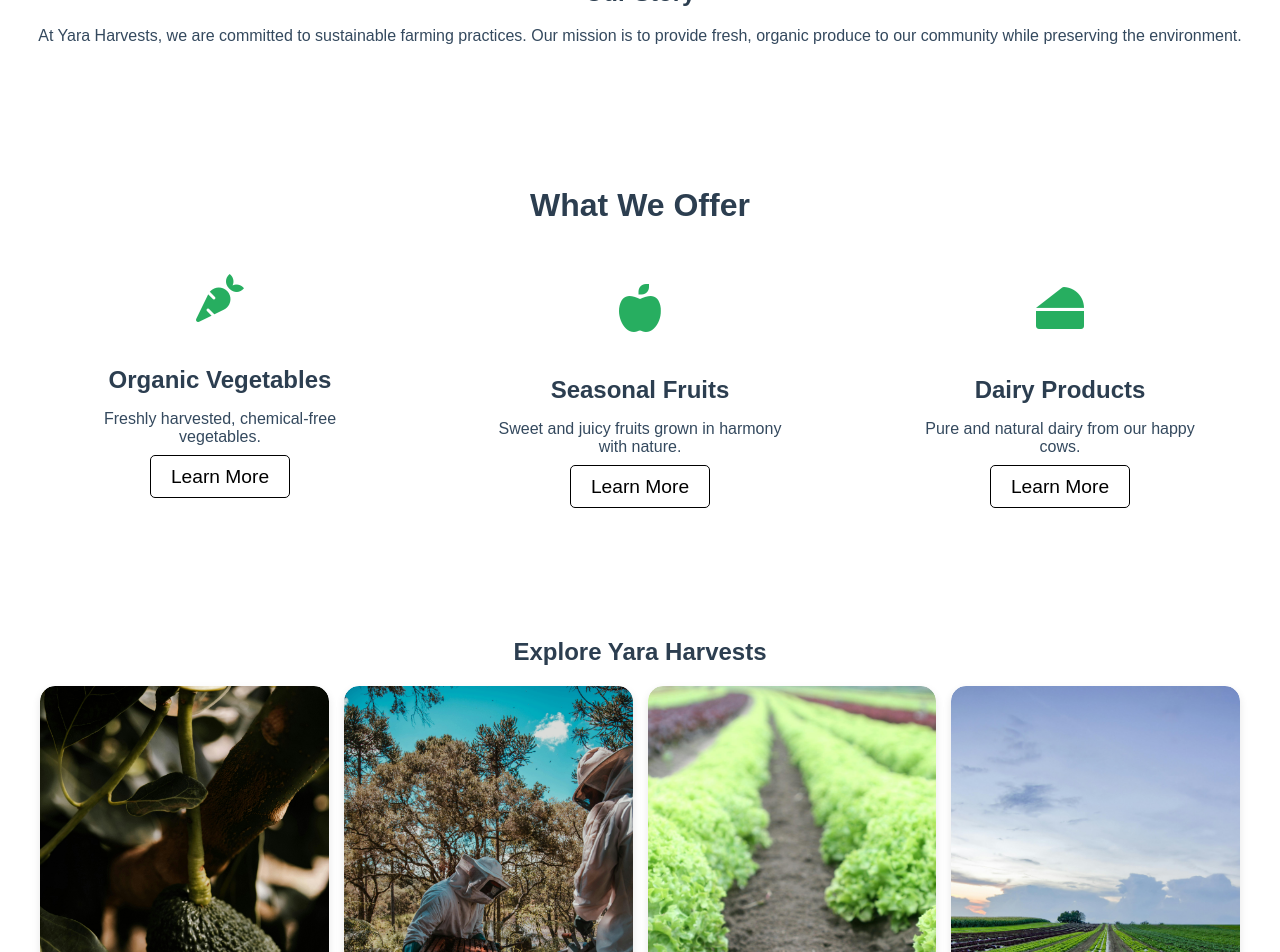
Repository: Kanyi-Manyara/yara-farm
Page: index.html
These files come from the project's save history. The page is drawn as it stood at one moment and after the next save; the edit follows.
The browser window is 1280 px wide. The pictures show the part of the page from y = 811 to 1763 px (the page is 3682 px tall).
The pointer rests on the first visible `.learn-more`.

Above is the page before, as saved 2025-02-22 13:55:44.
Console error: TypeError: Cannot read properties of null (reading 'addEventListener')

### index.html
<!DOCTYPE html>
<html lang="en">
<head>
  <meta charset="UTF-8">
  <meta name="viewport" content="width=device-width, initial-scale=1.0">
  <title>Yara Harvests</title>
  <link rel="stylesheet" href="style.css">
  <link rel="stylesheet" href="https://cdnjs.cloudflare.com/ajax/libs/font-awesome/6.0.0/css/all.min.css">

  <link rel="stylesheet" href="https://cdnjs.cloudflare.com/ajax/libs/font-awesome/6.0.0/css/all.min.css">

</head>
<body>

     <!-- Logo -->
  <header>
    <a href="#" class="logo">
      <img src="assets/farmlogobg2.png" alt="Yara Harvests Logo">
    </a>
  </header>
  <!-- Splash Screen -->
  <div id="splash-screen">
    <div class="splash-content">
        <img src="assets/Farm Logo.png" alt="Logo">
      <!-- <h1>Yara Harvests</h1>
      <p>Where Nature Meets Nourishment</p> -->
    </div>
  </div>

  <!-- Hero Section -->
<section id="hero">
    <div class="video-container">
      <video autoplay muted loop id="hero-video">
        <source src="assets/land.mp4" type="video/mp4">
        Your browser does not support the video tag.
      </video>
    </div>
    <div class="hero-content">
      <h1>Fresh, Organic Produce Straight from Our Farm to Your Table</h1>
      <a href="#products" class="cta-button">Explore Our Harvest</a>
    </div>
  </section>
  <!-- Hero Section
<section id="hero">
    <div class="video-container">
      <video autoplay muted loop id="hero-video">
        <source src="assets/land.mp4" type="video/mp4">
        Your browser does not support the video tag.
      </video>
    </div>
    <div class="hero-content">
      <h1>Fresh, Organic Produce Straight from <br>Our Farm to Your Table</h1>
      <a href="#products" class="cta-button">Explore Our Harvest</a>
    </div>
  </section> -->

  <!-- About Section -->
  <section id="about">
    <div class="about-content">
      <h2>Our Story</h2>
      <p>At Yara Harvests, we are committed to sustainable farming practices. Our mission is to provide fresh, organic produce to our community while preserving the environment.</p>
      <!-- <img src="assets/images/avocado.jpg" alt="Yara Harvests Farm"> -->
    </div>
  </section>

<!-- Products Section -->
<section id="products">
    <h2>What We Offer</h2>
    <div class="product-grid">
      <div class="product-card">
        <i class="fas fa-carrot"></i>
        <h3>Organic Vegetables</h3>
        <p>Freshly harvested, chemical-free vegetables.</p>
        <a href="products/vegetables.html" class="learn-more">Learn More</a>
      </div>
      <div class="product-card">
        <i class="fas fa-apple-alt"></i>
        <h3>Seasonal Fruits</h3>
        <p>Sweet and juicy fruits grown in harmony with nature.</p>
        <a href="products/fruits.html" class="learn-more">Learn More</a>
      </div>
      <div class="product-card">
        <i class="fas fa-cheese"></i>
        <h3>Dairy Products</h3>
        <p>Pure and natural dairy from our happy cows.</p>
        <a href="products/dairy.html" class="learn-more">Learn More</a>
      </div>
    </div>
  </section>

<!-- gallery -->
  <section id="gallery">
    <h2>Explore Yara Harvests</h2>
    <div class="gallery-grid">
      <div class="gallery-item">
        <img src="assets/avocado.jpg" alt="Farm Field">
      </div>
      <div class="gallery-item">
        <img src="assets/bees.jpg" alt="Harvesting">
      </div>
      <div class="gallery-item">
        <img src="assets/lettuce.jpg" alt="Fresh Produce">
      </div>
      <div class="gallery-item">
        <img src="assets/seedbed.jpg" alt="Farm Animals">
      </div>
      <div class="gallery-item">
        <img src="assets/bees.jpg" alt="Farm Sunset">
      </div>
      <div class="gallery-item">
        <img src="assets/lettuce.jpg" alt="Farm Market">
      </div>
      <div class="gallery-item">
        <img src="assets/avocado.jpg" alt="Farm Field">
      </div>


    </div>
  </section>

<!-- Testimonials Section -->
<section id="testimonials">
    <h2>What Our Customers Say</h2>
    <div class="carousel-container">
      <div class="carousel-track">
        <div class="testimonial-card">
          <div class="testimonial-content">
            <p>"The best organic produce I've ever tasted! Highly recommend Yara Harvests."</p>
            <div class="testimonial-author">
              <img src="assets/bees.jpg" alt="Customer 1">
              <div class="author-details">
                <h4>Jane Doe</h4>
                <p>Regular Customer</p>
              </div>
            </div>
          </div>
        </div>
        <div class="testimonial-card">
          <div class="testimonial-content">
            <p>"Fresh, delicious, and sustainably grown. Love supporting this farm!"</p>
            <div class="testimonial-author">
              <img src="assets/seedbed.jpg" alt="Customer 2">
              <div class="author-details">
                <h4>John Smith</h4>
                <p>Local Chef</p>
              </div>
            </div>
          </div>
        </div>
        <div class="testimonial-card">
          <div class="testimonial-content">
            <p>"Yara Harvests has transformed the way I eat. Everything is so fresh and flavorful!"</p>
            <div class="testimonial-author">
              <img src="assets/seedbed.jpg" alt="Customer 3">
              <div class="author-details">
                <h4>Emily Johnson</h4>
                <p>Food Blogger</p>
              </div>
            </div>
          </div>
        </div>
        <div class="testimonial-card">
          <div class="testimonial-content">
            <p>"The quality of produce from Yara Harvests is unmatched. Truly exceptional!"</p>
            <div class="testimonial-author">
              <img src="assets/lettuce.jpg" alt="Customer 4">
              <div class="author-details">
                <h4>Michael Brown</h4>
                <p>Health Enthusiast</p>
              </div>
            </div>
          </div>
        </div>
        <!-- Duplicate cards for seamless looping -->
        <div class="testimonial-card">
          <div class="testimonial-content">
            <p>"The best organic produce I've ever tasted! Highly recommend Yara Harvests."</p>
            <div class="testimonial-author">
              <img src="assets/avocado.jpg" alt="Customer 1">
              <div class="author-details">
                <h4>Jane Doe</h4>
                <p>Regular Customer</p>
              </div>
            </div>
          </div>
        </div>
        <div class="testimonial-card">
          <div class="testimonial-content">
            <p>"Fresh, delicious, and sustainably grown. Love supporting this farm!"</p>
            <div class="testimonial-author">
              <img src="assets/Farm Logo.png" alt="Customer 2">
              <div class="author-details">
                <h4>John Smith</h4>
                <p>Local Chef</p>
              </div>
            </div>
          </div>
        </div>
        <div class="testimonial-card">
          <div class="testimonial-content">
            <p>"Yara Harvests has transformed the way I eat. Everything is so fresh and flavorful!"</p>
            <div class="testimonial-author">
              <img src="assets/lettuce.jpg" alt="Customer 3">
              <div class="author-details">
                <h4>Emily Johnson</h4>
                <p>Food Blogger</p>
              </div>
            </div>
          </div>
        </div>
        <div class="testimonial-card">
          <div class="testimonial-content">
            <p>"The quality of produce from Yara Harvests is unmatched. Truly exceptional!"</p>
            <div class="testimonial-author">
              <img src="assets/seedbed.jpg" alt="Customer 4">
              <div class="author-details">
                <h4>Michael Brown</h4>
                <p>Health Enthusiast</p>
              </div>
            </div>
          </div>
        </div>
      </div>
    </div>
  </section>

  <!-- Contact Section -->
<section id="contact">
    <div class="contact-container">
      <!-- Left Side: Contact Form and Information -->
      <div class="contact-left">
        <h2>Get in Touch</h2>
        <form>
          <input type="text" placeholder="Your Name" required>
          <input type="email" placeholder="Your Email" required>
          <textarea placeholder="Your Message" required></textarea>
          <button type="submit">Send Message</button>
        </form>
        <div class="contact-info">
          <p><i class="fas fa-map-marker-alt"></i> Address: 123 Farm Road, Green Valley</p>
          <p><i class="fas fa-phone"></i> Phone: +123 456 7890</p>
          <p><i class="fas fa-envelope"></i> Email: info@yaraharvests.com</p>
        </div>
      </div>

      <!-- Right Side: Google Map -->
      <div class="contact-right">
        <iframe
          src="https://www.google.com/maps/embed?pb=!1m14!1m12!1m3!1d1370.0967259576712!2d36.61745964736168!3d-0.9414913667099373!2m3!1f0!2f0!3f0!3m2!1i1024!2i768!4f13.1!5e1!3m2!1sen!2ske!4v1740219301189!5m2!1sen!2ske"
          width="100%"
          height="100%"
          style="border:0;"
          allowfullscreen=""
          loading="lazy"
          referrerpolicy="no-referrer-when-downgrade"
        ></iframe>
      </div>
    </div>
  </section>
  <!-- Footer -->
  <footer>
    <div class="social-links">
      <a href="#"><i class="fab fa-facebook"></i></a>
      <a href="#"><i class="fab fa-instagram"></i></a>
      <a href="#"><i class="fab fa-twitter"></i></a>
    </div>
    <p>&copy; 2023 Yara Harvests. All rights reserved.</p>
  </footer>

  <!-- Toggle Button -->
<button id="nav-toggle">
    <i class="fas fa-bars"></i>
  </button>

  <!-- Side Navigation -->
  <nav id="side-nav">
    <ul>
      <li><a href="#hero" class="active"><i class="fas fa-home fa-xs"></i></a></li>
      <li><a href="#about"><i class="fas fa-info-circle fa-xs"></i></a></li>
      <li><a href="#products"><i class="fas fa-shopping-basket fa-xs"></i></a></li>
      <li><a href="#gallery"><i class="fas fa-images fa-xs"></i></a></li>
      <li><a href="#testimonials"><i class="fas fa-comments fa-xs"></i></a></li>
      <li><a href="#contact"><i class="fas fa-envelope fa-xs"></i></a></li>
    </ul>
  </nav>

  <script src="script.js"></script>
</body>
</html>

### style.css
/* General Styles */
body {
    font-family: 'Arial', sans-serif;
    margin: 0;
    padding: 0;
    box-sizing: border-box;
  }

  h1, h2, h3 {
    color: #2c3e50;
  }

  p {
    color: #34495e;
  }

  /* Splash Screen */
  #splash-screen {
    position: fixed;
    top: 0;
    left: 0;
    width: 100%;
    height: 100%;
    background: white;
    display: flex;
    justify-content: center;
    align-items: center;
    color: white;
    z-index: 1000;
  }

  .splash-content {
    text-align: center;
  }

/* Hero Section */
#hero {
    position: relative;
    height: 100vh;
    overflow: hidden;
    display: flex;
    align-items: center; /* Center content vertically */
  }

  .video-container {
    position: absolute;
    top: 0;
    left: 0;
    width: 100%;
    height: 100%;
    z-index: -1; /* Place the video behind the content */
  }

  #hero-video {
    width: 100%;
    height: 100%;
    object-fit: cover; /* Ensures the video covers the entire container */
  }

  .hero-content {
    position: relative;
    z-index: 1; /* Place the content above the video */
    padding-left: 50px; /* Add padding to move content to the left */
    max-width: 600px; /* Limit width for better readability */
  }

  .hero-content h1 {
    font-size: 3rem;
    color: transparent; /* Transparent text fill */
    -webkit-text-stroke: 1px white; /* White outline for text */
    text-shadow: 2px white; /* Fallback for non-WebKit browsers */
    margin-bottom: 20px;
    line-height: 1.2;
  }

  /* Ensure this selector is specific enough */
.hero-content .cta-button {
  background: transparent; /* Transparent button background */
  color: white; /* Grey font color */
  padding: 10px 20px;
  text-decoration: none;
  border: 1px solid white; /* White outline for button */
  border-radius: 5px;
  font-size: 1.2rem;
  transition: background 0.3s ease, color 0.3s ease;
}

.hero-content .cta-button:hover {
  background: white; /* White background on hover */
  color: black; /* Black text on hover */
}
/* Toggle Button */
#nav-toggle {
    position: fixed;
    top: 20px;
    right: 20px;
    background: transparent;
    color: grey;
    border: none;
    padding: 0px;
    border-radius: 50%;
    width: 40px;
    height: 40px;
    cursor: pointer;
    z-index: 1001; /* Ensure it's above the side nav */
    display: flex;
    align-items: center;
    justify-content: center;
  }

  #nav-toggle i {
    font-size: 1.2rem;
  }

  /* Side Navigation */
  #side-nav {
    position: fixed;
    top: 50%;
    right: -100px; /* Initially hidden off-screen */
    transform: translateY(-50%);
    z-index: 1000;
    background: rgba(255, 255, 255, 0.9);
    border-radius: 10px;
    padding: 10px;
    transition: right 0.3s ease;
  }

  #side-nav.active {
    right: 20px; /* Visible on-screen */
  }

  #side-nav ul {
    list-style: none;
    padding: 0;
    margin: 0;
  }

  #side-nav ul li {
    margin: 7.5px 0;
  }

  #side-nav ul li a {
    text-decoration: none;
    color: #2c3e50;
    font-size: 1rem;
    display: block;
    padding: 10px;
    background: rgba(255, 255, 255, 0.8);
    border-radius: 50%;
    width: 20px;
    height: 20px;
    text-align: center;
    line-height: 20px;
    transition: background 0.3s ease, color 0.3s ease;
  }

  #side-nav ul li a:hover {
    background: grey;
    color: white;
  }

  #side-nav ul li a.active {
    background: grey;
    color: white;
  }

  /* About Section */
  #about {
    padding: 50px 20px;
    text-align: center;
  }

/* Products Section */
#products {
    padding: 50px 20px;
    text-align: center;
    background: white;
  }

  #products h2 {
    margin-bottom: 40px;
    font-size: 2rem;
    color: #2c3e50;
  }

  .product-grid {
    display: flex;
    justify-content: space-around;
    flex-wrap: wrap;
    gap: 20px;
  }

  .product-card {
    background: transparent; /* Make the card background transparent */
    border-radius: 15px;
    padding: 20px;
    width: 300px;
    box-shadow: none; /* Remove box shadow */
    text-align: center;
    transition: transform 0.3s ease;
  }

  .product-card:hover {
    transform: translateY(-10px); /* Keep hover effect for interactivity */
  }

  .product-card i {
    font-size: 3rem;
    color: #27ae60;
    margin-bottom: 20px;
  }

  .product-card h3 {
    font-size: 1.5rem;
    color: #2c3e50;
    margin-bottom: 10px;
  }

  .product-card p {
    font-size: 1rem;
    color: #34495e;
    margin-bottom: 20px;
  }

  .learn-more {
    background: transparent; /* Transparent button background */
    color: black; /* Grey font color */
    padding: 10px 20px;
    text-decoration: none;
    border: 1px solid black; /* White outline for button */
    border-radius: 5px;
    font-size: 1.2rem;
    transition: background 0.3s ease, color 0.3s ease;
  }

  .learn-more:hover {
    background: white;
  }
  /* Gallery Section
  #gallery {
    padding: 50px 20px;
    text-align: center;
  }

  .gallery-grid {
    display: grid;
    grid-template-columns: repeat(3, 1fr);
    gap: 10px;
  }

  .gallery-grid img {
    width: 100%;
    height: auto;
  } */

/* Gallery Section */
#gallery {
    padding: 50px 20px;
    text-align: center;
  }

  .gallery-grid {
    display: grid;
    grid-template-columns: repeat(auto-fill, minmax(250px, 1fr)); /* Adjust minmax for column width */
    gap: 15px; /* Space between images */
    padding: 0 20px;
  }

  .gallery-item {
    position: relative;
    overflow: hidden;
    border-radius: 15px; /* Smooth curved edges */
    box-shadow: 0 4px 8px rgba(0, 0, 0, 0.1); /* Subtle shadow for depth */
    transition: transform 0.3s ease, box-shadow 0.3s ease;
  }

  .gallery-item:hover {
    transform: scale(1.05); /* Slight zoom on hover */
    box-shadow: 0 8px 16px rgba(0, 0, 0, 0.2); /* Enhanced shadow on hover */
  }

  .gallery-item img {
    width: 100%;
    height: 100%;
    object-fit: cover; /* Ensures images fill the container without distortion */
    display: block;
    border-radius: 15px; /* Match the container's curved edges */
  }

/* Testimonials Section */
#testimonials {
    padding: 50px 20px;
    text-align: center;
    background: #f9f9f9;
    overflow: hidden;
  }

  #testimonials h2 {
    margin-bottom: 40px;
    font-size: 2rem;
    color: #2c3e50;
  }

  .carousel-container {
    width: 100%;
    overflow: hidden;
    position: relative;
  }

  .carousel-track {
    display: flex;
    animation: scroll 20s linear infinite; /* Adjust speed as needed */
  }

  .testimonial-card {
    flex: 0 0 auto;
    width: 300px;
    margin: 0 15px;
    background: white;
    border-radius: 15px;
    /* box-shadow: 0 4px 20px rgba(0, 0, 0, 0.1); */
    padding: 20px;
    box-sizing: border-box;
    text-align: left;
  }

  .testimonial-content p {
    font-size: 1.1rem;
    color: #34495e;
    line-height: 1.6;
    margin-bottom: 20px;
  }

  .testimonial-author {
    display: flex;
    align-items: center;
  }

  .testimonial-author img {
    width: 60px;
    height: 60px;
    border-radius: 50%;
    margin-right: 15px;
  }

  .author-details h4 {
    margin: 0;
    font-size: 1.2rem;
    color: #2c3e50;
  }

  .author-details p {
    margin: 0;
    font-size: 0.9rem;
    color: #7f8c8d;
  }

  /* Keyframes for infinite scrolling */
  @keyframes scroll {
    0% {
      transform: translateX(0);
    }
    100% {
      transform: translateX(-50%); /* Move by half the width of the carousel */
    }
  }

/* Contact Section */
#contact {
    display: flex;
    height: 100vh; /* Full viewport height */
  }

  .contact-container {
    display: flex;
    width: 100%;
    height: 100%;
  }

  /* Left Side: Contact Form and Information */
  .contact-left {
    flex: 1;
    background: #000; /* Black background */
    color: white;
    padding: 50px;
    display: flex;
    flex-direction: column;
    justify-content: center;
  }

  .contact-left h2 {
    font-size: 2rem;
    margin-bottom: 20px;
  }

  .contact-left form {
    display: flex;
    flex-direction: column;
    gap: 15px;
    margin-bottom: 20px;
  }

  .contact-left input,
  .contact-left textarea {
    padding: 10px;
    border: 1px solid #ccc;
    border-radius: 5px;
    font-size: 1rem;
    background: #333; /* Dark input background */
    color: white;
  }

  .contact-left textarea {
    resize: vertical;
    min-height: 100px;
  }

  .contact-left button {
    background: grey;
    color: white;
    padding: 10px 20px;
    border: none;
    border-radius: 5px;
    font-size: 1rem;
    cursor: pointer;
    transition: background 0.3s ease;
  }

  .contact-left button:hover {
    background: white;
    color: black;

  }

  .contact-info {
    margin-top: 20px;
  }

  .contact-info p {
    font-size: 1rem;
    margin-bottom: 10px;
    display: flex;
    align-items: center;
    gap: 10px;
  }

  .contact-info i {
    color: #27ae60;
  }

  /* Right Side: Google Map */
  .contact-right {
    flex: 1;
    background: white; /* White background */
  }

  .contact-right iframe {
    width: 100%;
    height: 100%;
    border: none;
  }

  /* Footer */
  footer {
    background: #2c3e50;
    color: white;
    text-align: center;
    padding: 20px;
  }

  .social-links a {
    color: white;
    margin: 0 10px;
  }

  /* Logo */
header {
    position: fixed;
    top: 20px;
    left: 20px;
    z-index: 1000; /* Ensure the logo is above other content */
  }

  .logo img {
    width: 80px; /* Adjust size as needed */
    height: auto;
    transition: transform 0.3s ease;
  }

  .logo img:hover {
    transform: scale(1.1); /* Slight zoom on hover */
  }

/* //////////////////////////////////////////////////////////////// */

/* Product Detail Page */
#product-detail {
    padding: 50px 20px;
    text-align: center;
  }

  .product-detail-content {
    max-width: 800px;
    margin: 0 auto;
  }

  .product-detail-content h1 {
    font-size: 2.5rem;
    color: #2c3e50;
    margin-bottom: 20px;
  }

  .product-detail-content img {
    width: 100%;
    max-width: 500px;
    border-radius: 15px;
    margin-bottom: 20px;
  }

  .product-detail-content p {
    font-size: 1.1rem;
    color: #34495e;
    line-height: 1.6;
    margin-bottom: 20px;
  }

  .product-detail-content h2 {
    font-size: 2rem;
    color: #2c3e50;
    margin-bottom: 20px;
  }

  .product-detail-content ul {
    list-style: none;
    padding: 0;
    margin-bottom: 20px;
  }

  .product-detail-content ul li {
    font-size: 1rem;
    color: #34495e;
    margin-bottom: 10px;
  }

  .cta-button {
    background: #27ae60;
    color: white;
    padding: 10px 20px;
    text-decoration: none;
    border-radius: 5px;
    font-size: 1rem;
    transition: background 0.3s ease;
  }

  .cta-button:hover {
    background: #219653;
  }

  .back-button {
    display: inline-block;
    margin: 20px;
    color: #27ae60;
    text-decoration: none;
    font-size: 1rem;
  }

  .back-button i {
    margin-right: 5px;
  }

Loaded but not shown: script.js (91 lines, source omitted)

After the next save:
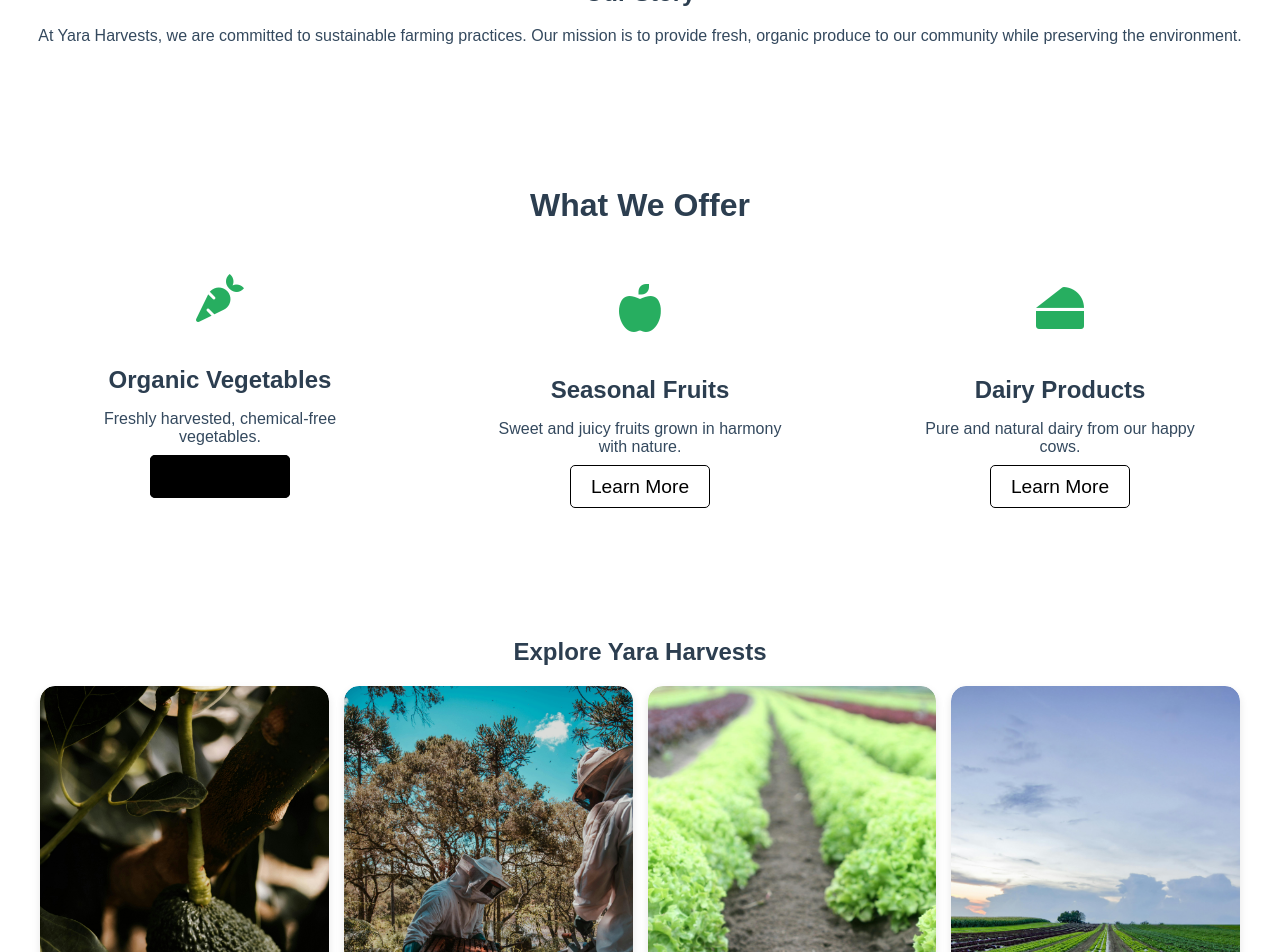
Saved 66 s later.
--- a/style.css
+++ b/style.css
@@ -234,7 +234,7 @@ body {
   }
 
   .learn-more:hover {
-    background: white;
+    background: black;
   }
   /* Gallery Section
   #gallery {
